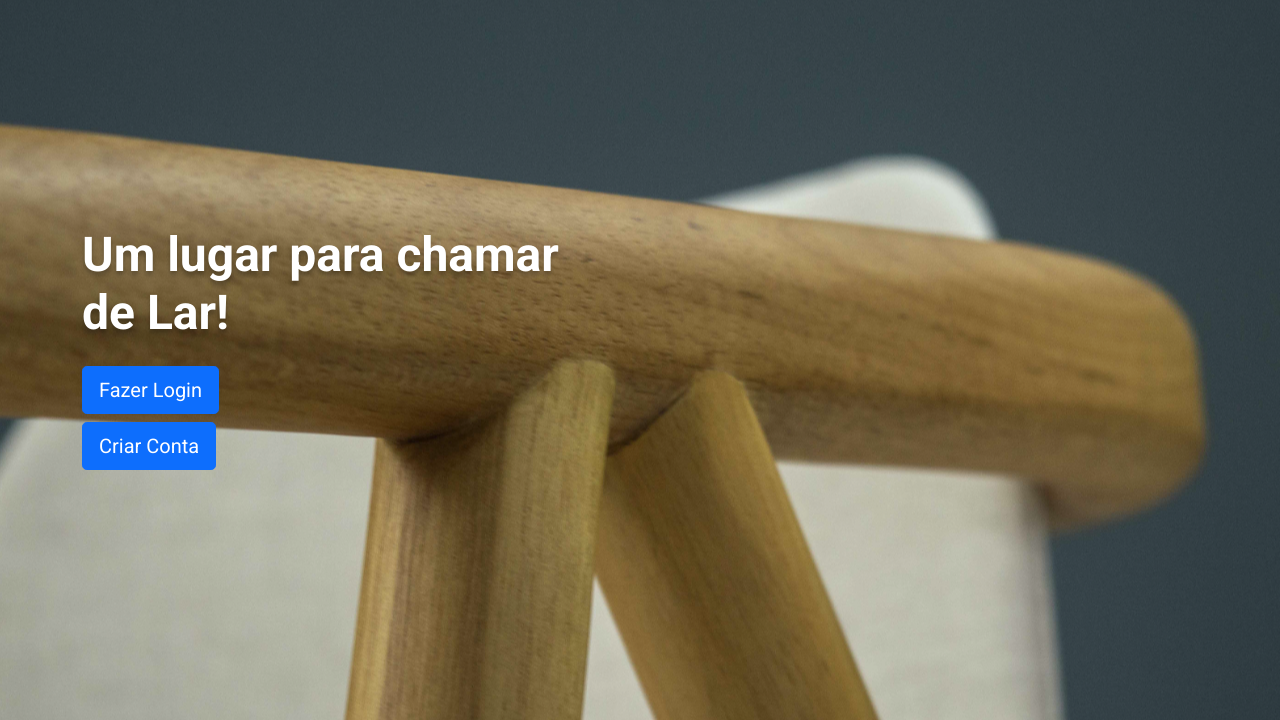
Repository: telesbp/Projeto-4-e-Projeto-5
Page: / (app in front-end/)
These files come from the project's save history. The page is drawn as it stood at one moment and after the next save; the edit follows.
The browser window is 1280 px wide. The pictures show the whole page.
The project was rebuilt for these pictures with package versions that can differ from the ones it lists, and the page was loaded fresh each time.

Above is the page before, as saved 2022-07-17 14:14:39.

After the next save:
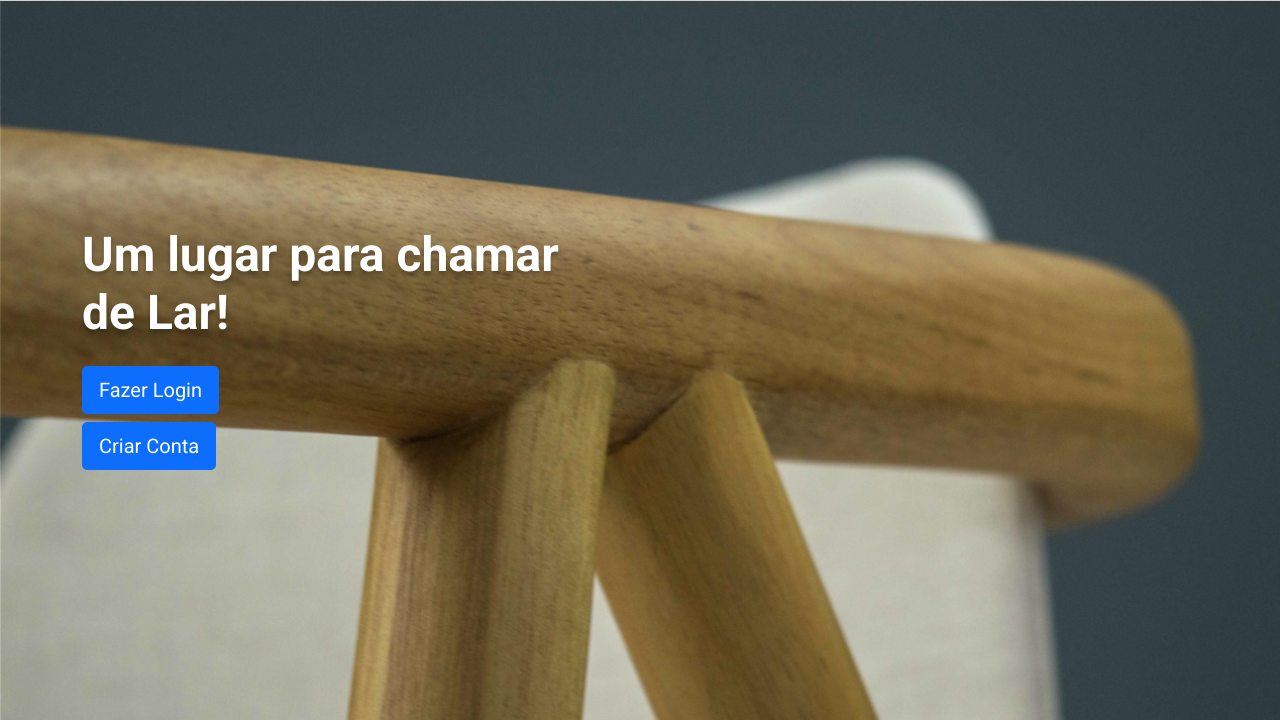
Saved 23 s later.
--- a/front-end/src/views/Home/index.tsx
+++ b/front-end/src/views/Home/index.tsx
@@ -16,6 +16,7 @@ export function HomeView(){
 
 const Banner = styled.div`
     background: url(${bgSite}) no-repeat center center;
+    background-size: contain;
 `
 const Title = styled.h1`
     font-size: 2.25rem;
